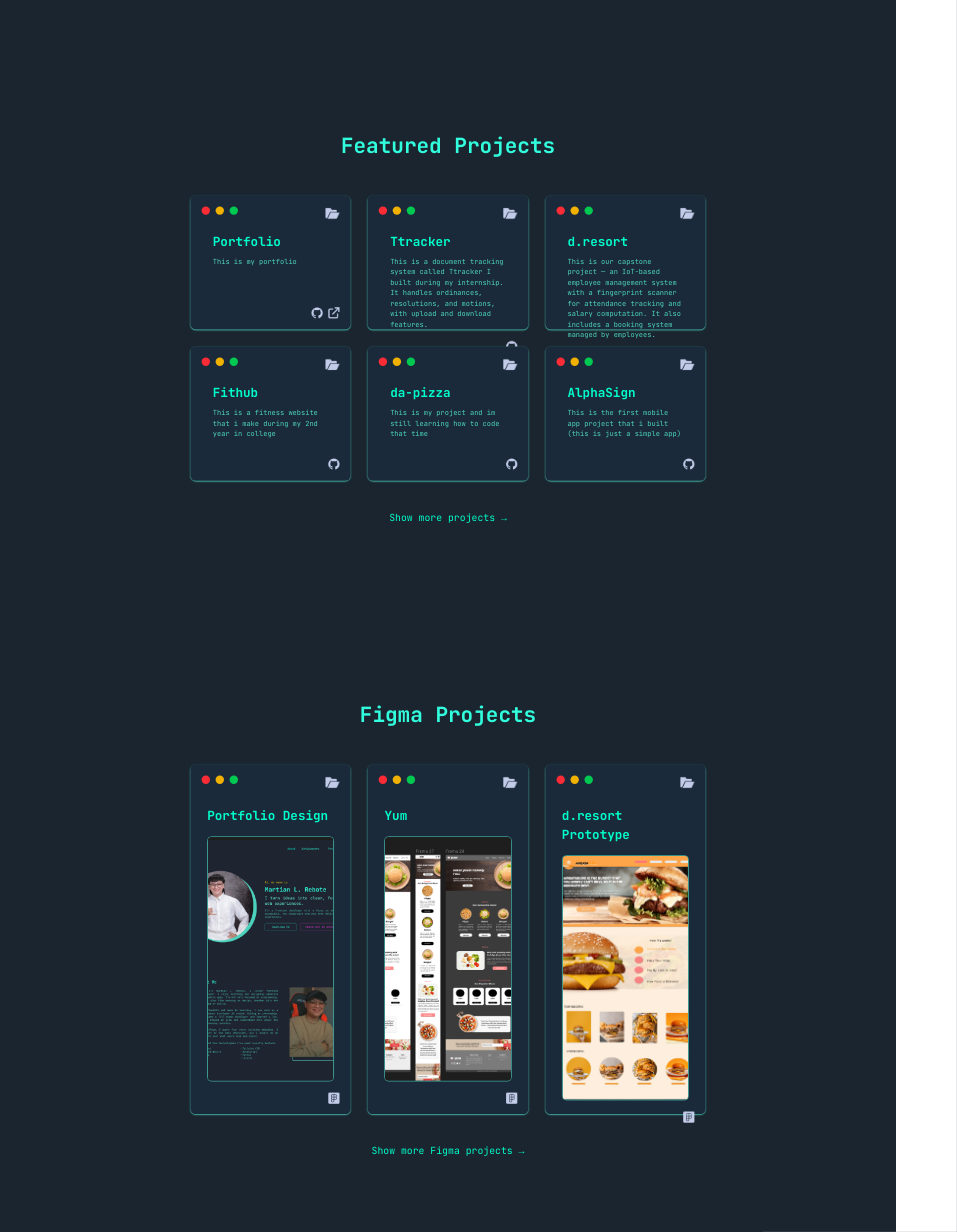
Repository: m4rsu-code/Portfolio
Page: / (app in my-portfolio/)
An editor plug-in stored every save of this project. The page is shown before and after the next save, followed by the edit.
The browser window is 1280 px wide. The page is 1367 px wide, so the pictures cover 1367 px, including what lies to the right of the window. The pictures show the part of the page from y = 2697 to 4457 px (the page is 4457 px tall), at 70% of full size.
The project was rebuilt for these pictures with package versions that can differ from the ones it lists, and the page was loaded fresh each time. Also part of the build but not shown: my-portfolio/vite.config.js, my-portfolio/src/assets/components/Modal/AchievementModal.jsx, my-portfolio/src/AchievementsPage.jsx, my-portfolio/src/ProjectPage.jsx, my-portfolio/src/FigmaProjectsPage.jsx.

Above is the page before, as saved 2025-08-04 17:21:22.

### my-portfolio/src/main.jsx
import { StrictMode } from "react";
import { createRoot } from "react-dom/client";
import { BrowserRouter as Router, Routes, Route } from "react-router-dom";
import "./assets/CSS/index.css";
import App from "./App.jsx";
import AchievementsPage from "./AchievementsPage.jsx";
import ProjectPage from "./ProjectPage.jsx";
import FigmaProjectsPage from "./FigmaProjectsPage.jsx";

createRoot(document.getElementById("root")).render(
  <StrictMode>
    <Router>
      <Routes>
        <Route path="/" element={<App />} />
        <Route path="/achievements" element={<AchievementsPage />} />
        <Route path="/projects" element={<ProjectPage />} />
        <Route path="/figma-projects" element={<FigmaProjectsPage />} />
      </Routes>
    </Router>
  </StrictMode>
);

### my-portfolio/src/assets/CSS/index.css
@import "tailwindcss";

@layer base {
  .font-jetbrains-mono {
    font-family: 'JetBrains Mono', monospace;
  }
}

### my-portfolio/src/assets/components/Navbar.jsx
import React from 'react';
import '../CSS/Navbar.css'; // Import the CSS for styling

function Navbar() {
  return (
    <nav className="w-full px-10 py-4 flex justify-between items-center fixed top-0 left-0 z-50 bg-transparent backdrop-blur-md font-jetbrains-mono">
      {/* Logo on the left */}
      <a href="#home" className='text-3xl font-bold text-[#FF38E5] cursor-pointer'>m4rsu</a>
      {/* Navigation links on the right */}
      <div className='flex gap-10 text-base'>
        <a href='#about' className='text-[#31FFDD] text-[15px] font-light nav-link'>About</a>
        <a href='#achievements' className='text-[#31FFDD] text-[15px] font-light nav-link'>Achievements</a>
        <a href='#projects' className='text-[#31FFDD] text-[15px] font-light nav-link'>Projects</a>
        <a href='#contact' className='text-[#31FFDD] text-[15px] font-light nav-link'>Contact</a>
      </div>
    </nav>
  );
}

export default Navbar;

### my-portfolio/src/assets/CSS/animation.css
@keyframes glow {
  0% {
    box-shadow: 0 0 5px #00FFCC, 0 0 10px #00FFCC, 0 0 15px #00FFCC, 0 0 20px #00FFCC;
  }
  50% {
    box-shadow: 0 0 10px #00FFCC, 0 0 20px #00FFCC, 0 0 30px #00FFCC, 0 0 40px #00FFCC;
  }
  100% {
    box-shadow: 0 0 5px #00FFCC, 0 0 10px #00FFCC, 0 0 15px #00FFCC, 0 0 20px #00FFCC;
  }
}

@keyframes glow {
  0% {
    box-shadow: 0 0 5px #00FFCC, 0 0 10px #00FFCC;
  }
  50% {
    box-shadow: 0 0 15px #00FFCC, 0 0 25px #00FFCC;
  }
  100% {
    box-shadow: 0 0 5px #00FFCC, 0 0 10px #00FFCC;
  }
}

.animate-glow {
  animation: glow 2s ease-in-out infinite;
}

.uneven-box {
  transform: translateY(20px); /* move it downward initially */

  transition: transform 0.3s ease-in-out;
}

.image-container:hover .uneven-box {
  transform: translateY(30px); /* move it further down on hover */
}

### my-portfolio/src/assets/components/data.jsx
export const achievements = [
  {
    id: 1,
    image: '/Images/cert1.png',
    title: 'Digital Solution Showcase',
    description: 'Recognized for developing an innovative digital solution that streamlined project workflows and enhanced user experience across multiple platforms.',
    date: 'November 20, 2024',
  },
  {
    id: 2,
    image: '/Images/cert2.png',
    title: 'CCNA: Switching, Routing, and Wireless Essentials',
    description: 'Earned a student-level credential for completing the CCNA: Switching, Routing, and Wireless Essentials course.',
    date: 'February 12, 2024',
  },
  {
    id: 3,
    image: '/Images/cert3.png',
    title: 'Dean’s Lister',
    description: 'Consistently achieved Dean’s List recognition for outstanding academic performance, maintaining a GPA of 1.750 for the first semester academic year 2023-2024.',
    date: 'November 20, 2024',
  },
  {
    id: 4,
    image: '/Images/cert4.png',
    title: 'Wadhwani Impactful Writing Skills',
    description: 'Completed the Wadhwani Impactful Writing Skills program, enhancing professional communication for workplace effectiveness.',
    date: 'January 31, 2025',
  },
  {
    id: 5,
    image: '/Images/cert5.png',
    title: 'Wadhwani Impactful Writing Skills',
    description: 'Completed the Wadhwani Impactful Writing Skills program, enhancing professional communication for workplace effectiveness.',
    date: 'January 31, 2025',
  },
];

export const projects = [
  { id: 1, title: 'Portfolio', description: 'This is my portfolio', link: 'https://your-portfolio.com', githubLink: 'https://github.com/m4rsu-code/Portfolio/tree/main/my-portfolio'},
  { id: 2, title: 'Ttracker', description: 'This is a document tracking system called Ttracker I built during my internship. It handles ordinances, resolutions, and motions, with upload and download features.', githubLink: 'https://github.com/m4rsu-code/Ttracker/tree/main/Tracker' },
  { id: 3, title: 'd.resort', description: 'This is our capstone project — an IoT-based employee management system with a fingerprint scanner for attendance tracking and salary computation. It also includes a booking system managed by employees.', githubLink: 'https://github.com/m4rsu-code/d.resort'},
  { id: 4, title: 'Fithub', description: 'This is a fitness website that i make during my 2nd year in college', githubLink: 'https://github.com/m4rsu-code/FITHUB/tree/main/Fithub'},
  { id: 5, title: 'da-pizza', description: 'This is my project and im still learning how to code that time', githubLink: 'https://github.com/m4rsu-code/da-pizza/tree/main/da-pizza'},
  { id: 6, title: 'AlphaSign', description: 'This is the first mobile app project that i built (this is just a simple app)', githubLink: 'https://github.com/m4rsu-code/AlphaSign'},
  { id: 7, title: 'Hubit-mobile', description: 'Hubit is a simple fitness app we built quickly for our mobile development course, focusing on core features.', githubLink: 'https://github.com/m4rsu-code/HubIT-mobile'},
  { id: 8, title: 'Hubit-web', description: 'This is the web version, designed to complement the app.', githubLink: 'https://github.com/m4rsu-code/HubIT-web/tree/main/Adet_Website-main'},
];

export const figmaProjects = [
  {
    id: 1,
    title: 'Portfolio Design',
    image: '/Images/figma1.png',
    figmaLink: 'https://www.figma.com/design/0W3zbrtnYWXEIZM7QfP03A/Untitled?node-id=0-1&p=f&t=vxscEw2KgSHFnkF6-0',
  },
  {
    id: 2,
    title: 'Yum',
    image: '/Images/figma2.png',
    figmaLink: 'https://www.figma.com/file/your-ttracker-ui-link',
  },
  {
    id: 3,
    title: 'd.resort Prototype',
    image: '/Images/figma3.png',
    figmaLink: 'https://www.figma.com/file/your-dresort-prototype-link',
  },
  {
    id: 4,
    title: 'Fithub',
    image: '/Images/figma4.png',
    figmaLink: 'https://www.figma.com/file/your-fithub-mockup-link',
  },
  {
    id: 5,
    title: 'da-pizza Design',
    image: '/Images/figma5.png',
    figmaLink: 'https://www.figma.com/file/your-dapizza-design-link',
  },
  {
    id: 6,
    title: 'AlphaSign UI',
    image: '/Images/figma6.png',
    figmaLink: 'https://www.figma.com/file/your-alphasign-ui-link',
  },
];

### my-portfolio/src/assets/CSS/Navbar.css
.nav-link {
  position: relative;
  text-decoration: none;
}

.nav-link::after {
  content: '';
  position: absolute;
  width: 100%;
  height: 2px;
  bottom: -2px;
  left: 0;
  background-color: #31FFDD;
  transform: scaleX(0);
  transform-origin: bottom right;
  transition: transform 0.3s ease-in-out;
}

.nav-link:hover::after {
  transform: scaleX(1);
  transform-origin: bottom left;
}

Loaded but not shown: my-portfolio/index.html (common file); my-portfolio/src/App.jsx (350 lines, source omitted)

After the next save:
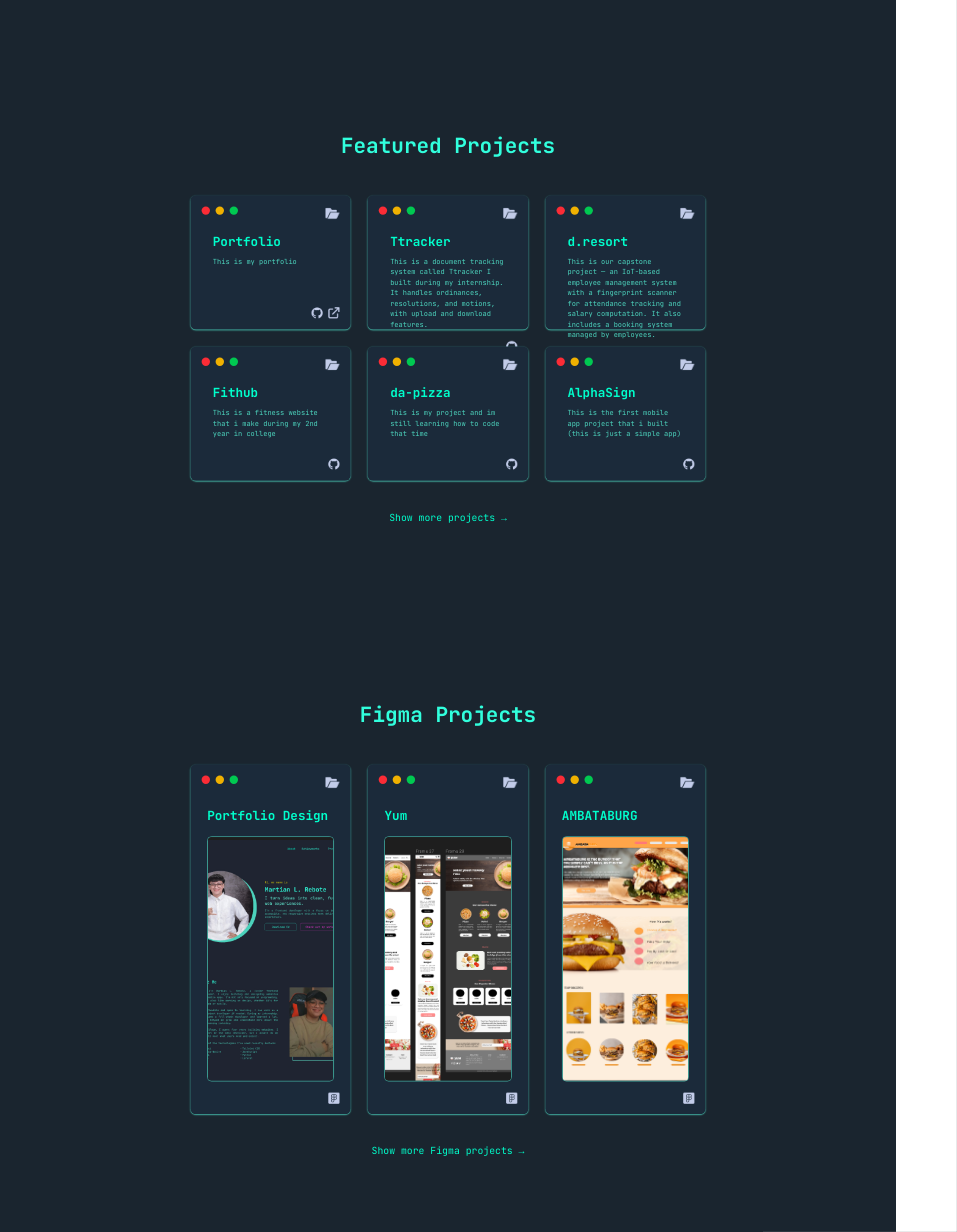
Saved 31 s later.
--- a/my-portfolio/src/assets/components/data.jsx
+++ b/my-portfolio/src/assets/components/data.jsx
@@ -62,7 +62,7 @@ export const figmaProjects = [
   },
   {
     id: 3,
-    title: 'd.resort Prototype',
+    title: 'AMBATABURG',
     image: '/Images/figma3.png',
     figmaLink: 'https://www.figma.com/file/your-dresort-prototype-link',
   },
